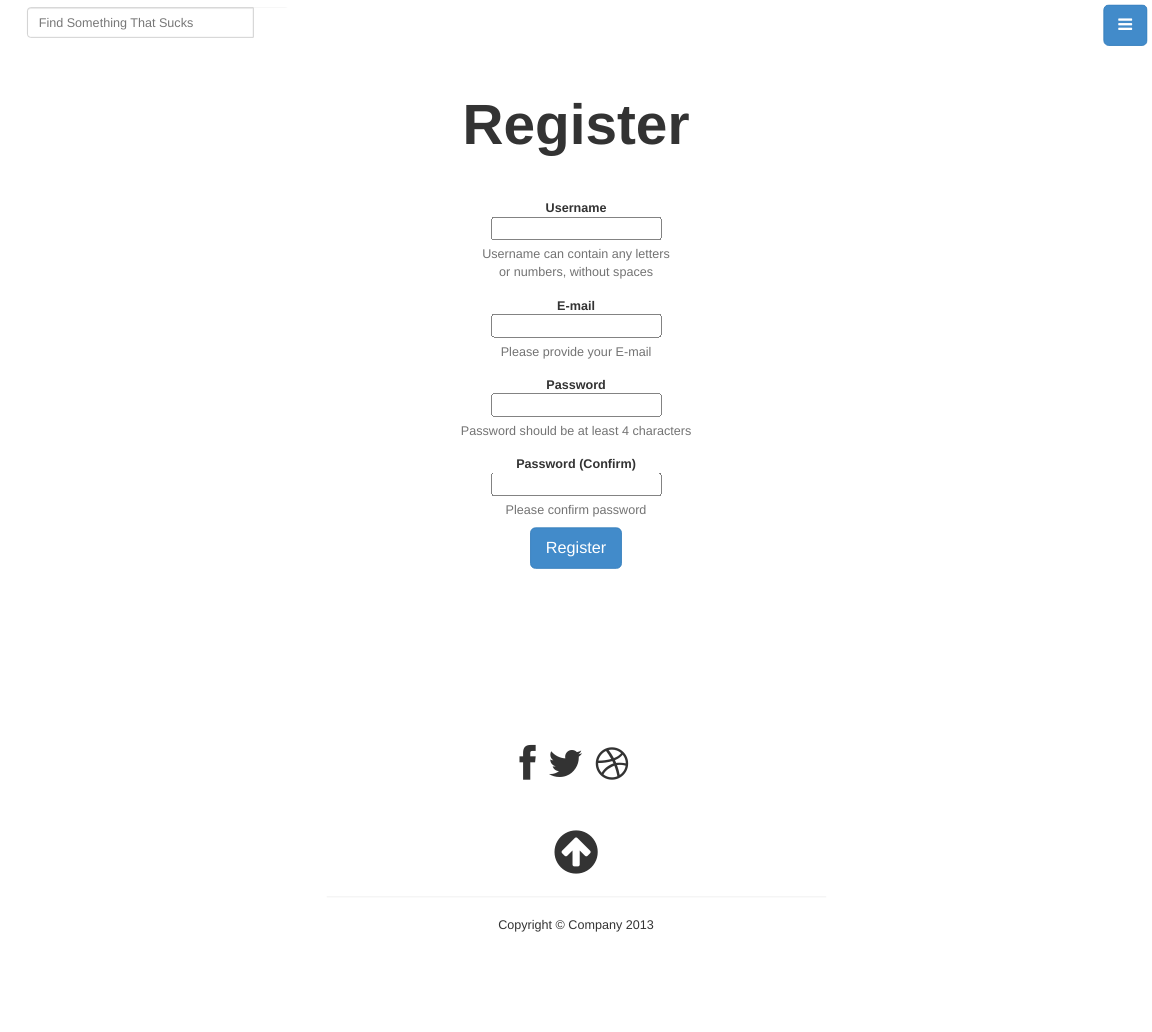
Repository: rajisreehari/sr
Page: http://localhost/SRWeb/WEB-INF/views/sr/sucksomething.jsp
These files come from the project's save history. The page is drawn as it stood at one moment and after the next save; the edit follows.
The browser window is 1280 px wide. The pictures show the whole page, at 90% of full size.
Backgrounds fixed to the window are drawn as part of the page. The page is served by Tomcat 9. Nobody is signed in. Other server files are loaded and not shown. The template is opened directly, without the code that normally fills it, so the values that code supplies are empty.

Above is the page before, as saved 2014-07-16 16:14:25.

### SRWeb/WebContent/WEB-INF/views/sr/sucksomething.jsp
<jsp:include page="../common/head.jsp" />
    <!-- Full Page Image Header Area -->
    <div id="top" class="header">
        <div class="vert-text">
            <h1>Register</h1>
<!-- START FROM -->
<br><br>
<form class="form-horizontal" action='' method="POST">
  <fieldset>
    <div class="control-group">
      <!-- Username -->
      <label class="control-label"  for="username">Username</label>
      <div class="controls">
        <input type="text" id="username" name="username" placeholder="" class="input-xlarge">
        <p class="help-block">Username can contain any letters<br> or numbers, without spaces</p>
      </div>
    </div>

    <div class="control-group">
      <!-- E-mail -->
      <label class="control-label" for="email">E-mail</label>
      <div class="controls">
        <input type="text" id="email" name="email" placeholder="" class="input-xlarge">
        <p class="help-block">Please provide your E-mail</p>
      </div>
    </div>

    <div class="control-group">
      <!-- Password-->
      <label class="control-label" for="password">Password</label>
      <div class="controls">
        <input type="password" id="password" name="password" placeholder="" class="input-xlarge">
        <p class="help-block">Password should be at least 4 characters</p>
      </div>
    </div>

    <div class="control-group">
      <!-- Password -->
      <label class="control-label"  for="password_confirm">Password (Confirm)</label>
      <div class="controls">
        <input type="password" id="password_confirm" name="password_confirm" placeholder="" class="input-xlarge">
        <p class="help-block">Please confirm password</p>
      </div>
    </div>


    <div class="control-group">
      <!-- Button -->
      <div class="controls">
        <button class="btn btn-lg btn-primary">Register</button>
      </div>
    </div>
  </fieldset>

<!-- END FORM -->
        </div>
    </div>
    <!-- /Full Page Image Header Area -->

<jsp:include page="../common/footer.jsp" />

### SRWeb/WebContent/WEB-INF/views/common/head.jsp
<%@ taglib prefix="c" uri="http://java.sun.com/jsp/jstl/core" %>

<!DOCTYPE html>
<html lang="en">

<head>
    <meta charset="utf-8">
    <meta name="viewport" content="width=device-width, initial-scale=1.0">
    <meta name="description" content="">
    <meta name="author" content="">


    <title>Suck Rate</title>

    <!-- Bootstrap core CSS -->
    <link href="<c:url value='/static/css/bootstrap.css'/>" rel="stylesheet">



    <!-- Add custom CSS here -->
    <link href="<c:url value='/static/css/stylish-portfolio.css'/>" rel="stylesheet">
    <link href="<c:url value='/static/font-awesome/css/font-awesome.min.css'/>" rel="stylesheet">
</head>

<body>
<jsp:include page="../common/sidemenu.jsp" />

### SRWeb/WebContent/WEB-INF/views/common/sidemenu.jsp
<%@ taglib prefix="c" uri="http://java.sun.com/jsp/jstl/core" %>

<style>
#myCoolDiv{
   width: 100px;
   min-width: 300px;
   position: absolute;
}

</style>
    <!-- Side Menu -->
    <a id="menu-toggle" href="#" class="btn btn-primary btn-lg toggle"><i class="fa fa-bars"></i></a>
    <div id="sidebar-wrapper">
        <ul class="sidebar-nav">
            <a id="menu-close" href="#" class="btn btn-default btn-lg pull-right toggle"><i class="fa fa-times"></i></a>
            <li class="sidebar-brand"><a href="<c:url value='/home'/>">Suck Rate</a></li>
            <li><a href="#register"><a href="<c:url value='/register'/>">Register To Suck</a></li>
            <li><a href="#services">Find Suck Rate</a></li>
            <li><a href="#portfolio"><a href="<c:url value='/sucksomething'/>">Suck Something</a></li>
            <li><a href="#about">About</a></li>
            <li><a href="#contact">Contact</a></li>
        </ul>
    </div>
    <div class="col-sm-3 col-md-3 pull-left">
            <form class="navbar-form" role="search">
                <div id="myCoolDiv" class="input-group">
                    <input type="text" class="form-control" placeholder="Find Something That Sucks" name="q">
                    <div class="input-group-btn">
                        <button class="btn btn-default" type="submit"><i class="glyphicon glyphicon-search"></i></button>
                    </div>
                </div>
            </form>
        </div>
    <!-- /Side Menu -->

### SRWeb/WebContent/static/css/stylish-portfolio.css
/* Global Styles */

html,
body {
  height: 100%;
  width: 100%;
}

.vert-text {
  display: table-cell;
  vertical-align: middle;
  text-align: center;
}

.vert-text h1 {
  padding: 0;
  margin: 0;
  font-size: 4.5em;
  font-weight: 700;
}

/* Side Menu */

#sidebar-wrapper {
  margin-right: -250px;
  right: 0;
  width: 250px;
  background: #000;
  position: fixed;
  height: 100%;
  overflow-y: auto;
  z-index: 1000;
  -webkit-transition: all 0.4s ease 0s;
  -moz-transition: all 0.4s ease 0s;
  -ms-transition: all 0.4s ease 0s;
  -o-transition: all 0.4s ease 0s;
  transition: all 0.4s ease 0s;
}

.sidebar-nav {
  position: absolute;
  top: 0;
  width: 250px;
  list-style: none;
  margin: 0;
  padding: 0;
}

.sidebar-nav li {
  line-height: 40px;
  text-indent: 20px;
}

.sidebar-nav li a {
  color: #999999;
  display: block;
  text-decoration: none;
}

.sidebar-nav li a:hover {
  color: #fff;
  background: rgba(255,255,255,0.2);
  text-decoration: none;
}

.sidebar-nav li a:active,
.sidebar-nav li a:focus {
  text-decoration: none;
}

.sidebar-nav > .sidebar-brand {
  height: 55px;
  line-height: 55px;
  font-size: 18px;
}

.sidebar-nav > .sidebar-brand a {
  color: #999999;
}

.sidebar-nav > .sidebar-brand a:hover {
  color: #fff;
  background: none;
}

#menu-toggle {
  top: 0;
  right: 0;
  position: fixed;
  z-index: 1;
}

#sidebar-wrapper.active {
  right: 250px;
  width: 250px;
  -webkit-transition: all 0.4s ease 0s;
  -moz-transition: all 0.4s ease 0s;
  -ms-transition: all 0.4s ease 0s;
  -o-transition: all 0.4s ease 0s;
  transition: all 0.4s ease 0s;
}

.toggle {
  margin: 5px 5px 0 0;
}

/* Full Page Image Header Area */

.header {
  display: table;
  height: 100%;
  width: 100%;
  position: relative;
  background: url(../img/bg.jpg) no-repeat center center fixed;
  -webkit-background-size: cover;
  -moz-background-size: cover;
  -o-background-size: cover;
  background-size: cover;
}

/* Intro */

.intro {
  padding: 50px 0;
}

/* Services */

.services {
  background: #7fbbda;
  padding: 50px 0;
  color: #ffffff;
}

.service-item {
  margin-bottom: 15px;
}

i.service-icon {
  border: 3px solid #ffffff;
  border-radius: 50%;
  display: inline-block;
  font-size: 56px;
  width: 140px;
  height: 140px;
  line-height: 136px;
  vertical-align: middle;
  text-align: center;
}

/* Callout */

.callout {
  color: #ffffff;
  display: table;
  height: 400px;
  width: 100%;
  background: url(../img/callout.jpg) no-repeat center center fixed;
  -webkit-background-size: cover;
  -moz-background-size: cover;
  -o-background-size: cover;
  background-size: cover;
}

/* Portfolio */

.portfolio {
  padding: 50px 0;
}

.portfolio-item {
  margin-bottom: 25px;
}

.img-portfolio {
  margin: 0 auto;
}


/* Call to Action */

.call-to-action {
  color: #ffffff;
  background: #0a5175;
  padding: 50px 0;
}

.call-to-action .btn {
  margin: 10px;
}

/* Map */

.map {
  height: 500px;
}

/* Footer */

footer {
  padding: 100px 0;
}

.top-scroll {
  margin-top: 50px;
}

.top-scroll a {
  text-decoration: none;
  color: inherit;
}

i.scroll {
  color: #333333;
}

i.scroll:hover {
  color: #0a5175;
}
/* Responsive */

@media (max-width: 768px) {

  .header {
	background: url(../img/bg.jpg) no-repeat center center scroll;
  }

  .callout {
	background: url(../img/callout.jpg) no-repeat center center scroll;
  }

  .map {
	height: 75%;
  }

}

Loaded but not shown: SRWeb/WebContent/WEB-INF/views/common/footer.jsp (common file); SRWeb/WebContent/static/css/bootstrap.css (library); SRWeb/WebContent/static/font-awesome/css/font-awesome.min.css (library); SRWeb/WebContent/static/js/jquery-1.11.1.min.js (library); SRWeb/WebContent/static/js/bootstrap.min.js (library)

After the next save:
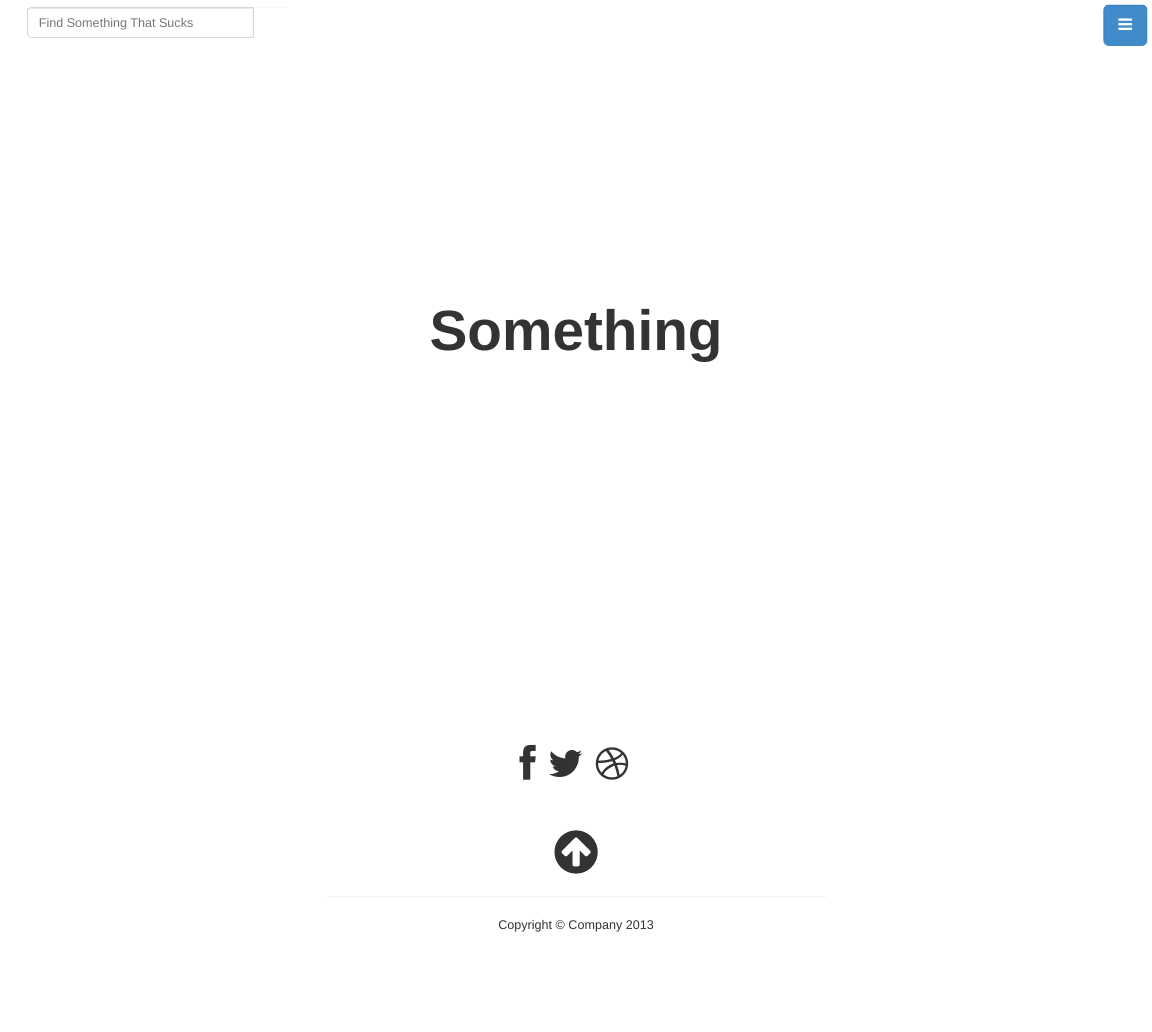
Saved 91 s later.
--- a/SRWeb/WebContent/WEB-INF/views/sr/sucksomething.jsp
+++ b/SRWeb/WebContent/WEB-INF/views/sr/sucksomething.jsp
@@ -1,60 +1,9 @@
 <jsp:include page="../common/head.jsp" />
-    <!-- Full Page Image Header Area -->
+
     <div id="top" class="header">
         <div class="vert-text">
-            <h1>Register</h1>
-<!-- START FROM -->
-<br><br>
-<form class="form-horizontal" action='' method="POST">
-  <fieldset>
-    <div class="control-group">
-      <!-- Username -->
-      <label class="control-label"  for="username">Username</label>
-      <div class="controls">
-        <input type="text" id="username" name="username" placeholder="" class="input-xlarge">
-        <p class="help-block">Username can contain any letters<br> or numbers, without spaces</p>
-      </div>
+            <h1>Something</h1>
+        </div>
     </div>
 
-    <div class="control-group">
-      <!-- E-mail -->
-      <label class="control-label" for="email">E-mail</label>
-      <div class="controls">
-        <input type="text" id="email" name="email" placeholder="" class="input-xlarge">
-        <p class="help-block">Please provide your E-mail</p>
-      </div>
-    </div>
-
-    <div class="control-group">
-      <!-- Password-->
-      <label class="control-label" for="password">Password</label>
-      <div class="controls">
-        <input type="password" id="password" name="password" placeholder="" class="input-xlarge">
-        <p class="help-block">Password should be at least 4 characters</p>
-      </div>
-    </div>
-
-    <div class="control-group">
-      <!-- Password -->
-      <label class="control-label"  for="password_confirm">Password (Confirm)</label>
-      <div class="controls">
-        <input type="password" id="password_confirm" name="password_confirm" placeholder="" class="input-xlarge">
-        <p class="help-block">Please confirm password</p>
-      </div>
-    </div>
-
-
-    <div class="control-group">
-      <!-- Button -->
-      <div class="controls">
-        <button class="btn btn-lg btn-primary">Register</button>
-      </div>
-    </div>
-  </fieldset>
-
-<!-- END FORM -->
-        </div>
-    </div>
-    <!-- /Full Page Image Header Area -->
-
 <jsp:include page="../common/footer.jsp" />
